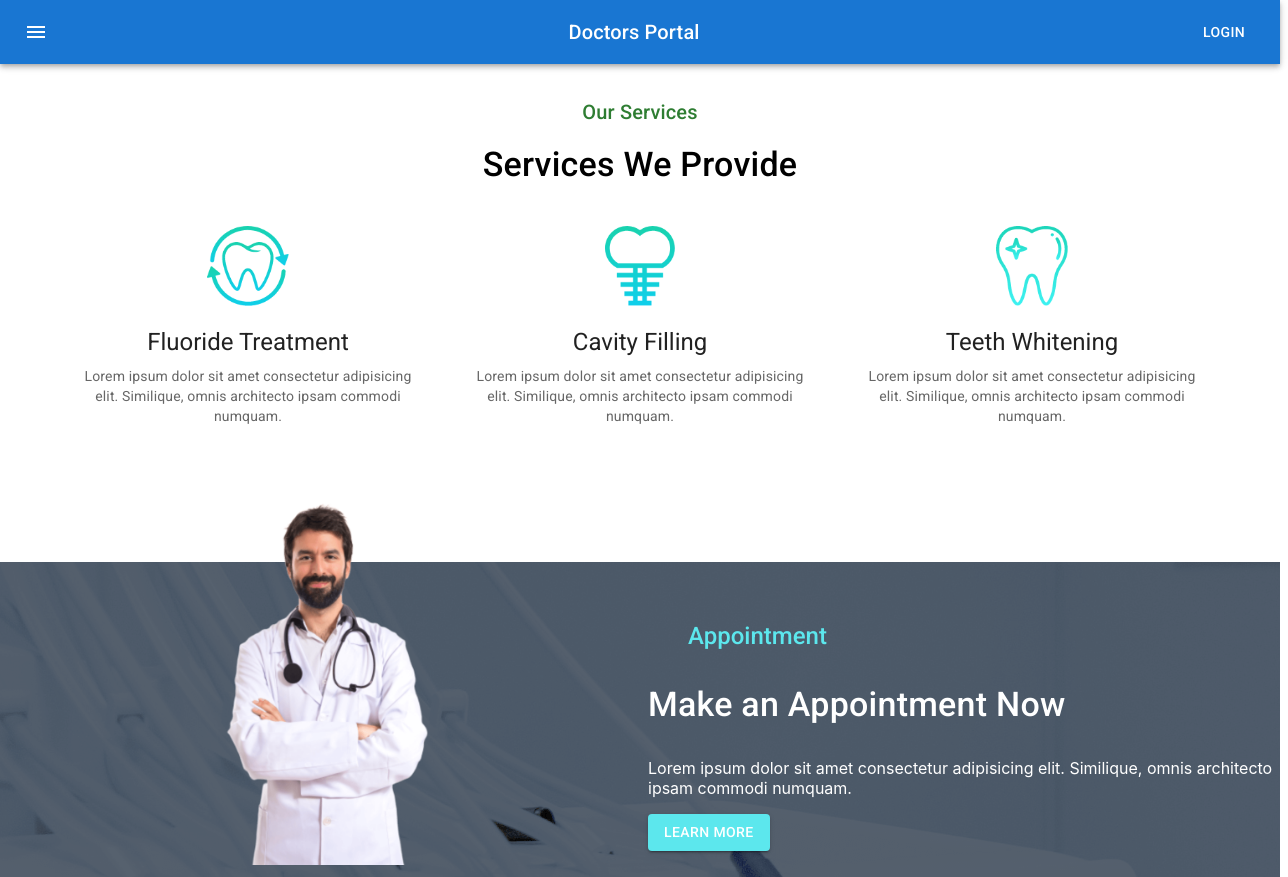
Repository: Sharif-00112/doctors-portal-client
Page: /
An editor plug-in stored every save of this project. The page is shown before and after the next save, followed by the edit.
The browser window is 1280 px wide. The page is 1288 px wide, so the pictures cover 1288 px, including what lies to the right of the window. The pictures show the whole page.
The project was rebuilt for these pictures with package versions that can differ from the ones it lists, and the page was loaded fresh each time.

Above is the page before, as saved 2022-11-01 14:15:33.

### public/index.html
<!DOCTYPE html>
<html lang="en">
  <head>
    <meta charset="utf-8" />
    <link rel="icon" href="%PUBLIC_URL%/favicon.ico" />
    <meta name="viewport" content="width=device-width, initial-scale=1" />
    <meta name="theme-color" content="#000000" />
    <meta
      name="description"
      content="Web site created using create-react-app"
    />
    <link
      rel="stylesheet" href="https://fonts.googleapis.com/css?family=Roboto:300,400,500,700&display=swap"
    />

    <link rel="apple-touch-icon" href="%PUBLIC_URL%/logo192.png" />
    <!--
      manifest.json provides metadata used when your web app is installed on a
      user's mobile device or desktop. See https://developers.google.com/web/fundamentals/web-app-manifest/
    -->
    <link rel="manifest" href="%PUBLIC_URL%/manifest.json" />
    <!--
      Notice the use of %PUBLIC_URL% in the tags above.
      It will be replaced with the URL of the `public` folder during the build.
      Only files inside the `public` folder can be referenced from the HTML.

      Unlike "/favicon.ico" or "favicon.ico", "%PUBLIC_URL%/favicon.ico" will
      work correctly both with client-side routing and a non-root public URL.
      Learn how to configure a non-root public URL by running `npm run build`.
    -->
    <title>React App</title>
  </head>
  <body>
    <noscript>You need to enable JavaScript to run this app.</noscript>
    <div id="root"></div>
    <!--
      This HTML file is a template.
      If you open it directly in the browser, you will see an empty page.

      You can add webfonts, meta tags, or analytics to this file.
      The build step will place the bundled scripts into the <body> tag.

      To begin the development, run `npm start` or `yarn start`.
      To create a production bundle, use `npm run build` or `yarn build`.
    -->
  </body>
</html>

### src/App.js
import './App.css';
import { BrowserRouter as Router, Route, Routes} from 'react-router-dom';
import Home from './Pages/Home/Home/Home';

function App() {
  return (
    <div className="App">
      <Router>
        {/* <Header></Header> */}
        <Routes>
          <Route exact path = '/' element={<Home/>}/>
          <Route exact path = '/home' element={<Home/>}/>
          <Route exact path = '*' element={<Home/>}/>
        </Routes>
        {/* <Footer></Footer> */}
      </Router>
    </div>
  );
}

export default App;

### src/Pages/Home/Home/Home.js
import React from 'react';
import Navigation from '../../Shared/Navigation/Navigation';
import AppointmentBanner from '../AppointmentBanner/AppointmentBanner';
import Services from '../Services/Services';

const Home = () => {
    return (
        <div>
            {/* <h2>This is Home</h2> */}
            <Navigation></Navigation>
            <Services></Services>
            <AppointmentBanner></AppointmentBanner>
        </div>
    );
};

export default Home;

### src/Pages/Shared/Navigation/Navigation.js
import React from 'react';
import AppBar from '@mui/material/AppBar';
import Box from '@mui/material/Box';
import Toolbar from '@mui/material/Toolbar';
import Typography from '@mui/material/Typography';
import Button from '@mui/material/Button';
import IconButton from '@mui/material/IconButton';
import MenuIcon from '@mui/icons-material/Menu';

const Navigation = () => {
    return (
        <div>
            <Box sx={{ flexGrow: 1 }}>
                <AppBar position="static">
                    <Toolbar>
                        <IconButton
                            size="large"
                            edge="start"
                            color="inherit"
                            aria-label="menu"
                            sx={{ mr: 2 }}
                        >
                            <MenuIcon />
                        </IconButton>
                        <Typography variant="h6" component="div" sx={{ flexGrow: 1 }}>
                            Doctors Portal
                        </Typography>
                        <Button color="inherit">Login</Button>
                    </Toolbar>
                </AppBar>
            </Box>
        </div>
    );
};

export default Navigation;

### src/Pages/Home/AppointmentBanner/AppointmentBanner.js
import React from 'react';
import Box from '@mui/material/Box';
import Grid from '@mui/material/Unstable_Grid2';
import Typography from '@mui/material/Typography';

import doctor from '../../../images/images/doctor.png'
import bg from '../../../images/images/appointment-bg.png'
import { Button } from '@mui/material';

const appointmentBanner = {
    background: `url(${bg})`,
    marginTop: 100,
    backgroundColor: 'rgba(45, 58, 74, 0.8)',
    backgroundBlendMode: 'darken, luminosity'
}

const AppointmentBanner = () => {
    return (
        <div>
            {/* <h2>Appointment Banner</h2> */}
            <Box style={appointmentBanner} sx={{ flexGrow: 1 }}>
                <Grid container spacing={2}>
                    <Grid xs={12} md={6}>
                        <img
                           style={{width: 400, marginTop: '-105px' }}
                        src={doctor} alt="" />
                    </Grid>

                    <Grid xs={12} md={6} sx={{
                        display: 'flex',
                        justifyContent: 'flex-start',
                        textAlign: 'left',
                        alignItems: 'center'
                        }}>
                        <Box>
                            <Typography sx={{ pl: 5, mb: 2, mt: 4, fontWeight: 500 }} style={{color: '#5CE7ED'}} variant="h5" component="div">
                                Appointment
                            </Typography>
                            <Typography sx={{ mb: 2, mt: 4, fontWeight: 500 }} style={{color: 'white'}} variant="h4" component="div">
                                Make an Appointment Now
                            </Typography>
                            <Typography sx={{ mb: 2, mt: 4 }} style={{color: 'white'}} variant="" component="div">
                                Lorem ipsum dolor sit amet consectetur adipisicing elit. Similique, omnis architecto ipsam commodi numquam.
                            </Typography>
                            <Button variant="contained" style={{backgroundColor: '#5CE7ED'}}>Learn More</Button>
                        </Box>
                    </Grid>
                </Grid>
            </Box>
        </div>
    );
};

export default AppointmentBanner;

### src/Pages/Home/Services/Services.js
import React from 'react';
import Box from '@mui/material/Box';
import Grid from '@mui/material/Unstable_Grid2';
import Typography from '@mui/material/Typography';
import { Container } from '@mui/material';
import Service from '../Service/Service';

import fluoride from '../../../images/images/fluoride.png';
import cavity from '../../../images/images/cavity.png'
import whitening from '../../../images/images/whitening.png'

const services = [
    {
        name: 'Fluoride Treatment',
        description: 'Lorem ipsum dolor sit amet consectetur adipisicing elit. Similique, omnis architecto ipsam commodi numquam.',
        img: fluoride
    },
    {
        name: 'Cavity Filling',
        description: 'Lorem ipsum dolor sit amet consectetur adipisicing elit. Similique, omnis architecto ipsam commodi numquam.',
        img: cavity
    },
    {
        name: 'Teeth Whitening',
        description: 'Lorem ipsum dolor sit amet consectetur adipisicing elit. Similique, omnis architecto ipsam commodi numquam.',
        img: whitening
    }
]

const Services = () => {
    return (
        <div>
            <Box sx={{ flexGrow: 1 }}>
                <Container>
                    <Typography sx={{ mb: 2, mt: 4, fontWeight: 500, color: 'success.main' }} variant="h6" component="div">
                        Our Services
                    </Typography>
                    <Typography sx={{ mb: 3, fontWeight: 500 }} variant="h4" component="div">
                        Services We Provide
                    </Typography>

                    <Grid container spacing={{ xs: 2, md: 3 }} columns={{ xs: 4, sm: 8, md: 12 }}>
                        {
                            services.map(service => (
                                <Grid xs={2} sm={4} md={4} key={service.name}>
                                <Service
                                    key = {service.name}
                                    service = {service}
                                ></Service>
                            </Grid>
                            ))
                        }
                    </Grid>
                </Container>
            </Box>
        </div>
    );
};

export default Services;

### src/Pages/Home/Service/Service.js
import React from 'react';
import Card from '@mui/material/Card';
// import CardActions from '@mui/material/CardActions';
import CardContent from '@mui/material/CardContent';
// import Button from '@mui/material/Button';
import Typography from '@mui/material/Typography';
import CardMedia from '@mui/material/CardMedia';

const Service = (props) => {
    const {name, description, img} = props.service
    return (
        <div>
            <Card sx={{ minWidth: 275, border: 0, boxShadow: 0, mt: 1.5 }}>
                <CardMedia
                    component="img"
                    style={{width: 'auto', height: '80px', margin: '4px auto'}}
                    image={img}
                    alt={name}
                />
                <CardContent>
                    <Typography sx={{ mb: 1 }} variant="h5" component="div">
                        {name}
                    </Typography>
                    <Typography sx={{ mb: 1.5 }} variant="body2" color="text.secondary">
                        {description}
                    </Typography>
                </CardContent>
                {/* <CardActions>
                    <Button size="small">Learn More</Button>
                </CardActions> */}
            </Card>
        </div>
    );
};

export default Service;

Loaded but not shown: src/index.js (common file); src/index.css (common file); src/reportWebVitals.js (common file); src/App.css (common file)

After the next save:
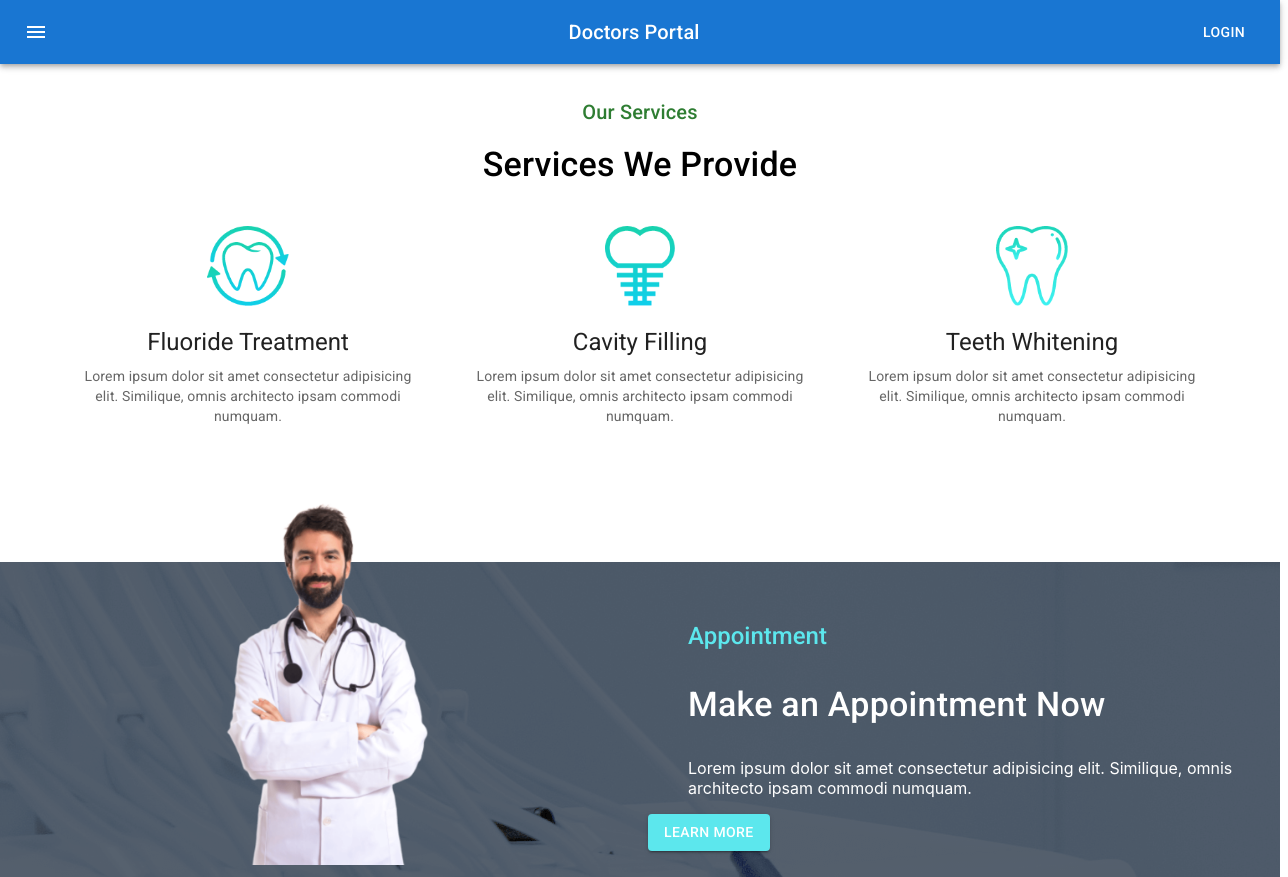
Saved 13 s later.
--- a/src/Pages/Home/AppointmentBanner/AppointmentBanner.js
+++ b/src/Pages/Home/AppointmentBanner/AppointmentBanner.js
@@ -36,10 +36,10 @@ const AppointmentBanner = () => {
                             <Typography sx={{ pl: 5, mb: 2, mt: 4, fontWeight: 500 }} style={{color: '#5CE7ED'}} variant="h5" component="div">
                                 Appointment
                             </Typography>
-                            <Typography sx={{ mb: 2, mt: 4, fontWeight: 500 }} style={{color: 'white'}} variant="h4" component="div">
+                            <Typography sx={{ pl: 5, mb: 2, mt: 4, fontWeight: 500 }} style={{color: 'white'}} variant="h4" component="div">
                                 Make an Appointment Now
                             </Typography>
-                            <Typography sx={{ mb: 2, mt: 4 }} style={{color: 'white'}} variant="" component="div">
+                            <Typography sx={{ pl: 5, mb: 2, mt: 4 }} style={{color: 'white'}} variant="" component="div">
                                 Lorem ipsum dolor sit amet consectetur adipisicing elit. Similique, omnis architecto ipsam commodi numquam.
                             </Typography>
                             <Button variant="contained" style={{backgroundColor: '#5CE7ED'}}>Learn More</Button>
